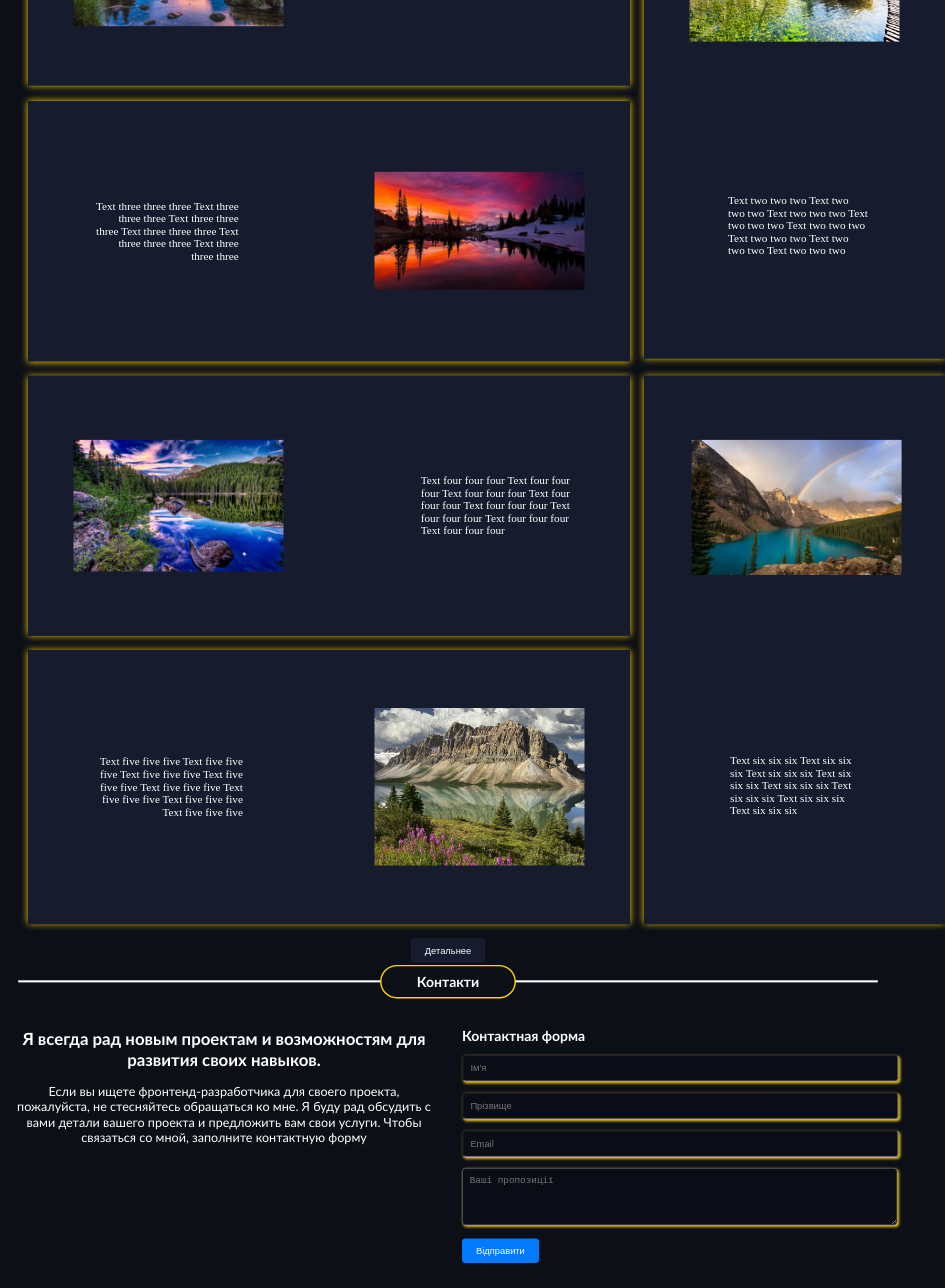
Repository: qtqqrdy13/cv-2
Page: index.html
These files come from the project's save history. The page is drawn as it stood at one moment and after the next save; the edit follows.
The browser window is 1280 px wide. The page is 1350 px wide, so the pictures cover 1350 px, including what lies to the right of the window. The pictures show the part of the page from y = 3228 to 5068 px (the page is 5068 px tall), at 70% of full size.

Above is the page before, as saved 2023-10-12 15:59:24.

After the next save:
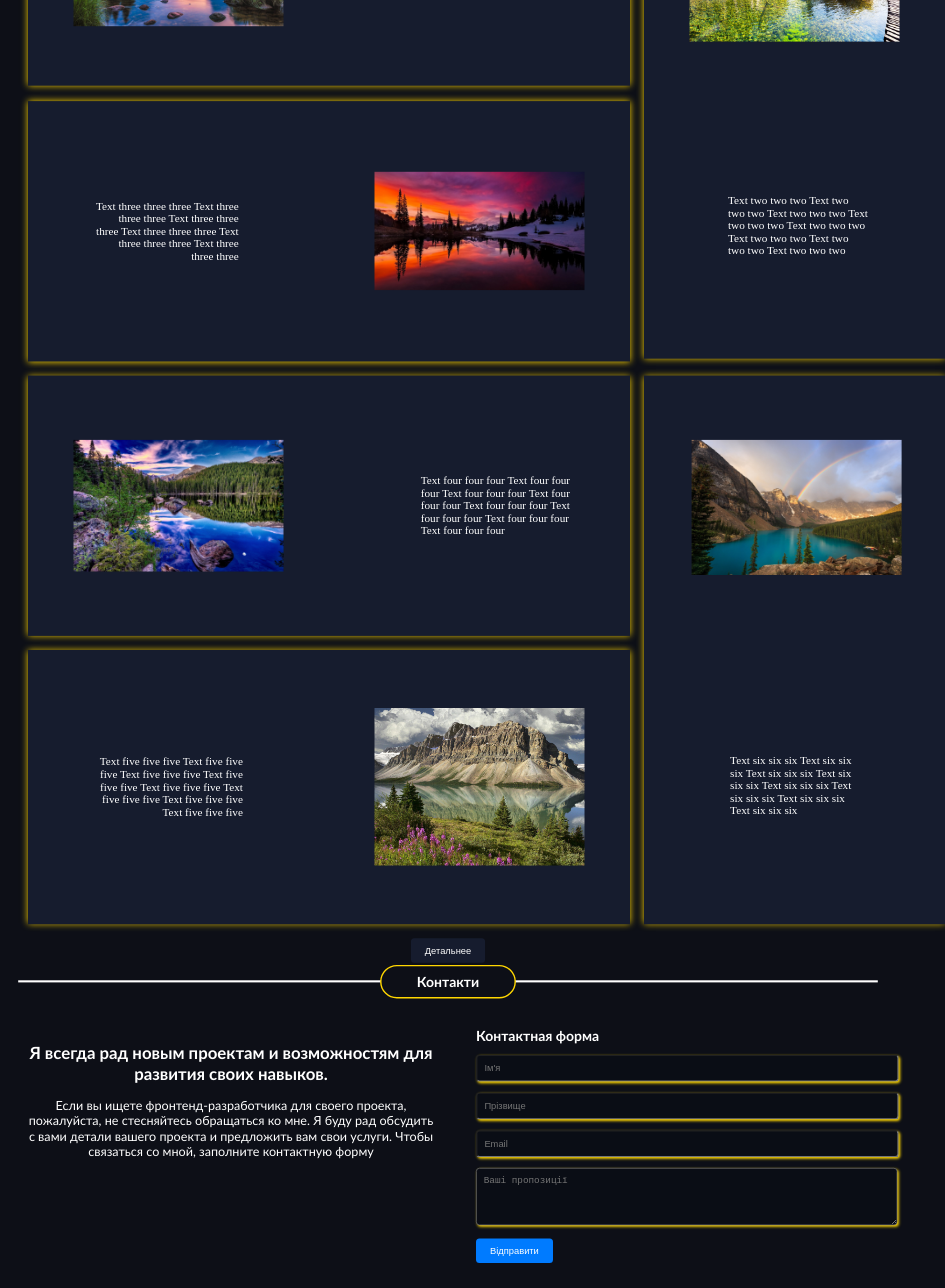
Saved 6 min 9 s later.
--- a/main.css
+++ b/main.css
@@ -689,8 +689,9 @@ h2:hover {
 }
 .text {
     flex: 1;
-    padding: 20px;
+    padding: 40px;
     text-align: center;
+
 }
 
 .form {
